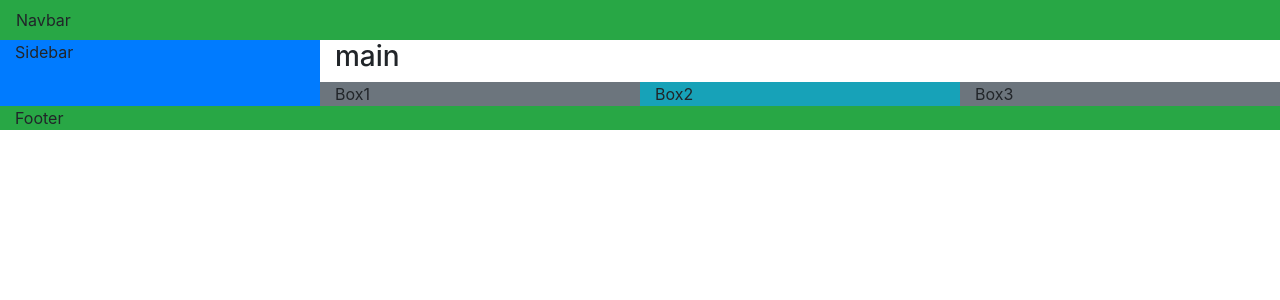
Repository: nazmulhaquep/WebDesign
Page: Bootstrap4WebsiteLayout/index.html
The author's editor kept a copy of each file at every save. The page is drawn from the files as they stood at one save, then again after the next save.
The browser window is 1280 px wide. The pictures show the whole page.

Above is the page before, as saved 2023-11-26 12:45:25.

### Bootstrap4WebsiteLayout/index.html
<!DOCTYPE html>
<html lang="en">
<head>
    <meta charset="UTF-8">
    <meta name="viewport" content="width=device-width, initial-scale=1.0">
    <link rel="stylesheet" href="https://stackpath.bootstrapcdn.com/bootstrap/4.3.1/css/bootstrap.min.css">
    <title>Responsive Website layout using Bootstrap 4</title>
</head>
<body>
    <div class="container-fluid">
        <div class="row">
            <nav class="col navbar navbar-expand-lg navbar-dark bg-success">Navbar</nav>
        </div>
        <div class="row">
            <div class="col-lg-3 bg-primary">Sidebar</div>
            <main class="col-lg-9">
                <h3>main</h3>
                <div class="row">
                    <div class="col-lg-4 bg-secondary">Box1</div>
                    <div class="col-lg-4 bg-info">Box2</div>
                    <div class="col-lg-4 bg-secondary">Box3</div>
                </div>
            </main>
        </div>

        <div class="row">
            <footer class="col bg-success">Footer</footer>
        </div>
    </div>

    <script src="https://code.jquery.com/jquery-3.3.1.slim.min.js"></script>
    <script src="https://cdnjs.cloudflare.com/ajax/libs/popper.js/1.14.7/umd/popper.min.js"></script>
    <script src="https://stackpath.bootstrapcdn.com/bootstrap/4.3.1/js/bootstrap.min.js"></script>
</body>
</html>

After the next save:
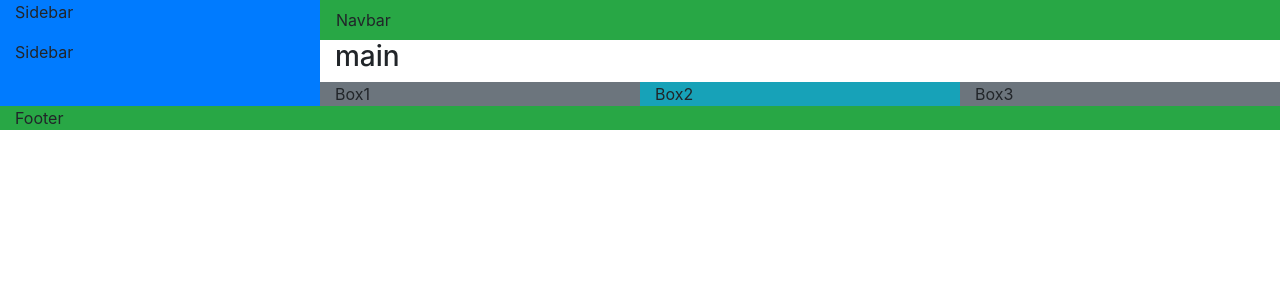
Saved 29 min 49 s later.
--- a/Bootstrap4WebsiteLayout/index.html
+++ b/Bootstrap4WebsiteLayout/index.html
@@ -9,7 +9,8 @@
 <body>
     <div class="container-fluid">
         <div class="row">
-            <nav class="col navbar navbar-expand-lg navbar-dark bg-success">Navbar</nav>
+            <div class="col-lg-3 bg-primary">Sidebar</div>
+            <nav class="col-lg-9 navbar navbar-expand-lg navbar-dark bg-success">Navbar</nav>
         </div>
         <div class="row">
             <div class="col-lg-3 bg-primary">Sidebar</div>
